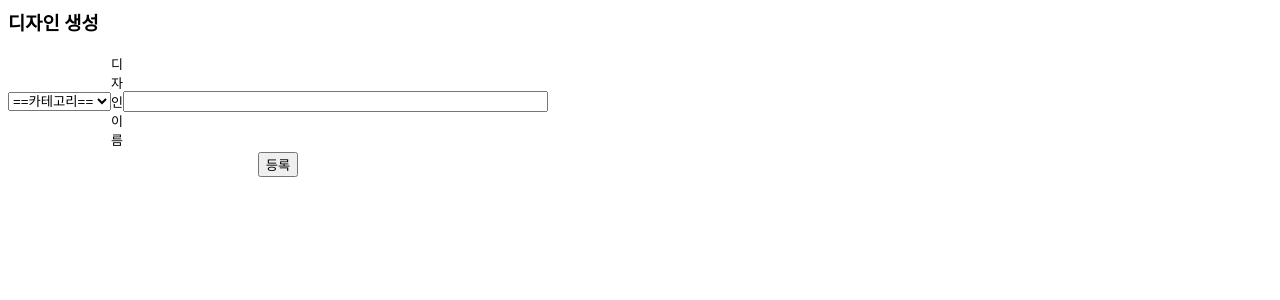
Repository: sjeong12/Photos
Page: http://localhost/LSJ_PHOTO/CustomDesign/addDesign.jsp
These files come from the project's save history. The page is drawn as it stood at one moment and after the next save; the edit follows.
The browser window is 1280 px wide. The pictures show the whole page.
The page is served by Tomcat 9. Other server files are loaded and not shown.

Above is the page before, as saved 2016-12-07 11:36:10.

### LSJ_PHOTO/WebContent/CustomDesign/addDesign.jsp
<%@ page language="java" contentType="text/html; charset=utf-8" %>
<!DOCTYPE HTML PUBLIC "-//W3C//DTD HTML 4.0 Transitional//EN">
<HTML>
 <HEAD>
  <TITLE>제품 업로드</TITLE>
 </HEAD>

<script language=javascript>
function valid_check()
{
	if (document.frm_d.category.value == "")
	{
		alert("카테고리를 선택하세요");
		document.frm_d.category.focus();
		return false;
	}

	if (document.frm_d.name.value == "")
	{
		alert("디자인 이름을 입력하세요");
		document.frm_d.name.focus();
		return false;
	}

	document.frm_d.submit();
}
 </script>

<h3>디자인 생성</h3>
<BODY>
<FORM NAME = "frm_d" ACTION = "/LSJ_PHOTO/home.jsp?page=CustomDesign/addDesign_ok" METHOD = "post" ENCTYPE="multipart/form-data">
<TABLE WIDTH = "400" BORDER = "0" CellPadding = "0" CellSpacing = "0">
	<TR>
		<TD WIDTH = "30%" ALIGN = "left">
		<SELECT NAME="category">
        <OPTION VALUE="">==카테고리==</OPTION>
        <OPTION VALUE="1">앨범</OPTION>
        <OPTION VALUE="2">액자</OPTION>
        <OPTION VALUE="3">디자인 소품</OPTION>
        </SELECT>
		</TD>

		<TD WIDTH = "30%" ALIGN = "left"><font size = 2>디자인 이름</font></TD>
		<TD WIDTH = "40%" ALIGN = "left">
			<INPUT TYPE ="text" NAME="name" SIZE = "50" MAXLENGTH = "50">
		</TD>
	</TR>
	<TR>
		<TD WIDTH = "100%" ALIGN = "center" COLSPAN = "3">
		<TABLE>
			<TR>
				<TD WIDTH = "34%" ALIGN = "center">
					<INPUT TYPE = "button" VALUE = "등록" onClick="valid_check()">
				</TD>
			</TR>
		</TABLE>
		</TD>
	</TR>
</TABLE>
</FORM>
</BODY>
</HTML>

After the next save:
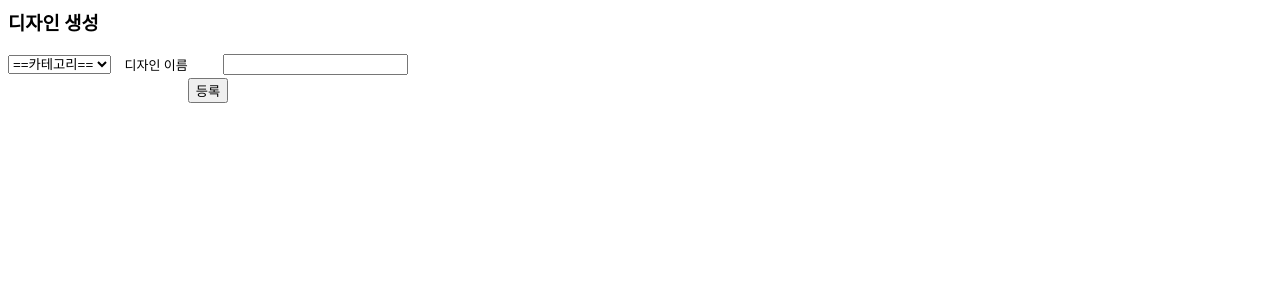
Saved 12 s later.
--- a/LSJ_PHOTO/WebContent/CustomDesign/addDesign.jsp
+++ b/LSJ_PHOTO/WebContent/CustomDesign/addDesign.jsp
@@ -42,7 +42,7 @@ function valid_check()
 
 		<TD WIDTH = "30%" ALIGN = "left"><font size = 2>디자인 이름</font></TD>
 		<TD WIDTH = "40%" ALIGN = "left">
-			<INPUT TYPE ="text" NAME="name" SIZE = "50" MAXLENGTH = "50">
+			<INPUT TYPE ="text" NAME="name" SIZE = "20" MAXLENGTH = "50">
 		</TD>
 	</TR>
 	<TR>
